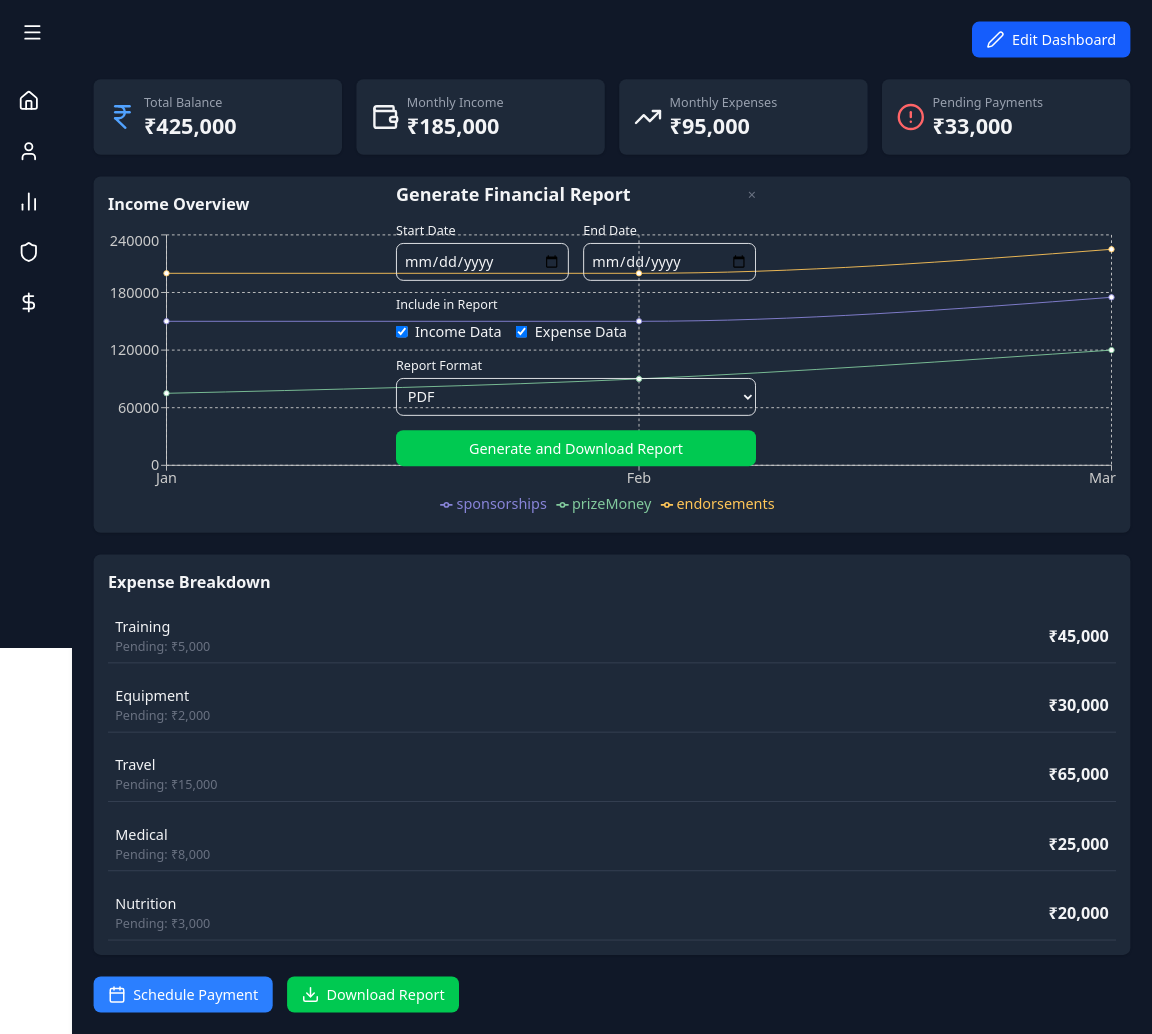
Repository: Shovon0004/Athlete
Page: /financial (app in Athlete/), after clicking the first element matching `div.space-x-4 > :nth-child(2)`
An editor plug-in stored every save of this project. The page is shown before and after a run of saves, followed by the edit.
The browser window is 1280 px wide. The pictures show the whole page, at 90% of full size.
The project was rebuilt for these pictures with package versions that can differ from the ones it lists, and the page was loaded fresh each time. Also part of the build but not shown: Athlete/vite.config.js, Athlete/src/components/AppointmentPage.jsx, Athlete/src/components/News.jsx, Athlete/src/components/SportsPage.jsx, Athlete/src/components/HeroPage.jsx.

Above is the page before, as saved 2025-01-27 21:35:02.

After the next 2 saves:
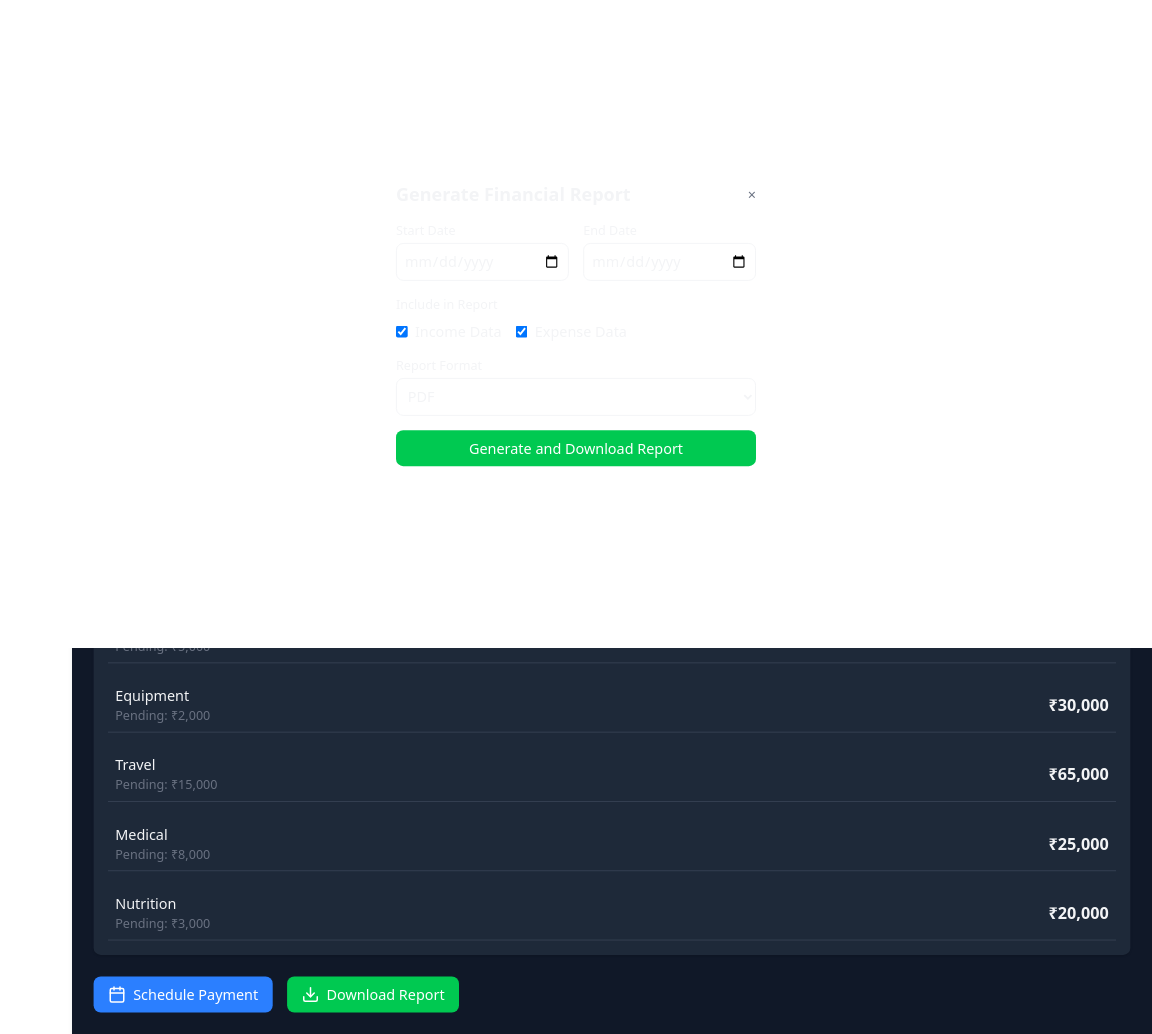
The 2 saves are shown as one change because they came seconds apart.
The last was saved 11 s later.
--- a/Athlete/src/components/FinanceActions.jsx
+++ b/Athlete/src/components/FinanceActions.jsx
@@ -149,7 +149,7 @@
   if (!isOpen) return null;
 
   return (
-    <div className="fixed inset-0  bg-opacity-50 flex bg-gray items-center justify-center z-50">
+    <div className="fixed inset-0  bg-opacity-50 flex bg-white items-center justify-center z-50">
       <div className="bg-gray rounded-lg p-6 w-full max-w-md">
         <div className="flex justify-between items-center mb-4">
           <h2 className="text-xl font-bold">Generate Financial Report</h2>
